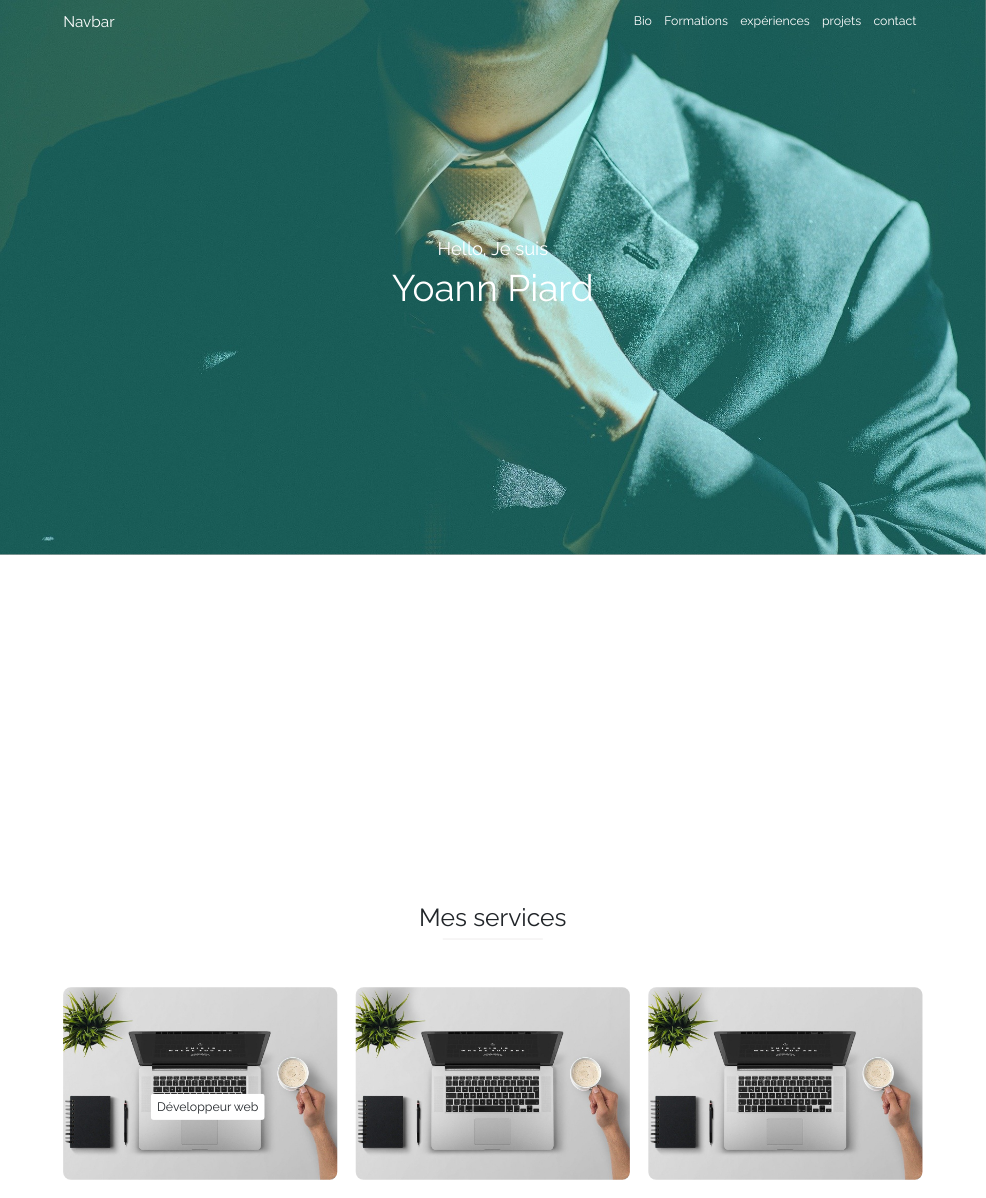
Repository: ypiard85/port-folio-bootstrap-yoann-2021
Page: index.html
The author's editor kept a copy of each file at every save. The page is drawn from the files as they stood at one save, then again after the next save.
The browser window is 1280 px wide. The pictures show the whole page, at 77% of full size.

Above is the page before, as saved 2021-03-09 15:43:04.
Console error: TypeError: window.onload is not a function

After the next save:
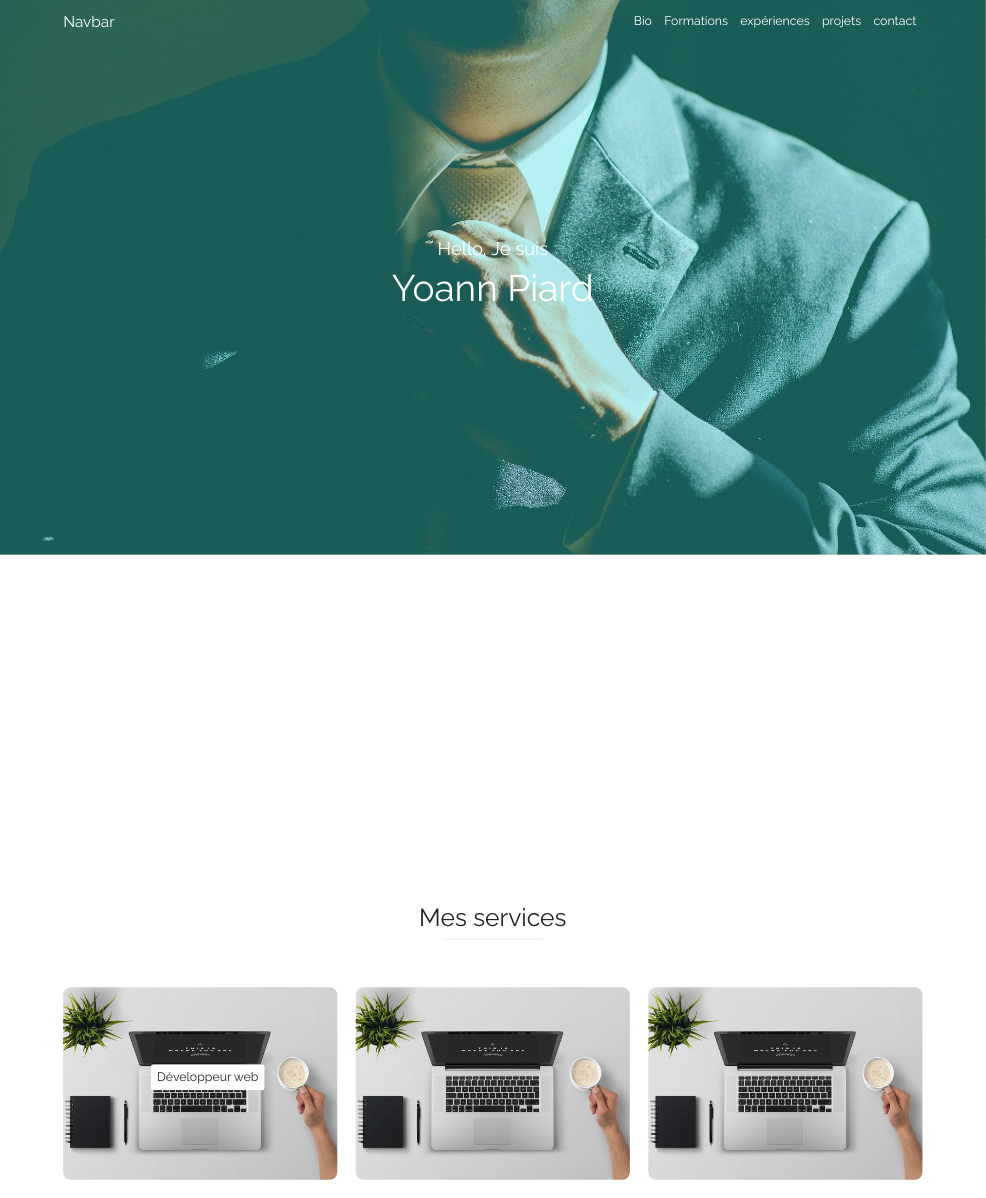
Saved 7 s later.
--- a/resource/style.css
+++ b/resource/style.css
@@ -109,5 +109,5 @@ header h1{
 .service_btn p{
     background-color: white;
     padding: 5px 8px;
-    transform: translate3d(1ch, 0.4in, 1em);
+    transform: translate3d(1ch, 0in, 1em);
 }
